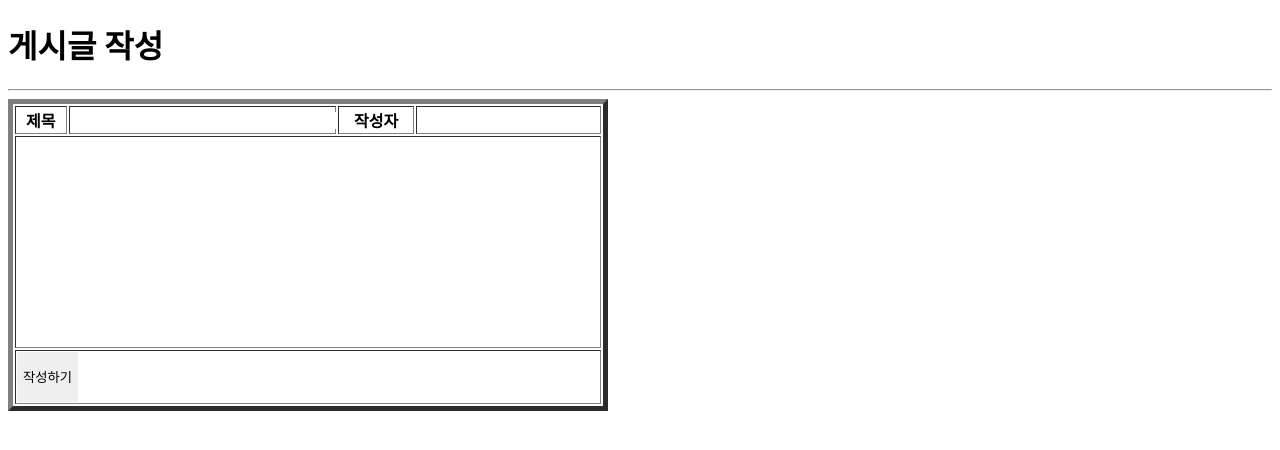
Repository: bbookk1104/spring-workspace
Page: http://localhost/02_SpringMVC_CRUD/boardWriteFrm.do
These files come from the project's save history. The page is drawn as it stood at one moment and after the next save; the edit follows.
The browser window is 1280 px wide. The pictures show the whole page.
The page is served by Tomcat 9. Other server files are loaded and not shown.

Above is the page before, as saved 2022-10-04 05:35:33.

### 02_SpringMVC_CRUD/src/main/webapp/WEB-INF/views/board/boardWriteFrm.jsp
<%@ page language="java" contentType="text/html; charset=UTF-8"
    pageEncoding="UTF-8"%>
<!DOCTYPE html>
<html>
<head>
<meta charset="UTF-8">
<title>Insert title here</title>
</head>
<body>
	<h1>게시글 작성</h1>
	<hr>
	<form action="/boardWrite.do" method="post">
		<table style="width:600px" border=5>
			<tr>
				<th style="width:10%">제목</th>
				<td style="width:55%">
					<input type="text" name="boardTitle" style="border:0; width:99%;">
				</td>
				<th style="width:15%">작성자</th>
				<td style="width:20%">
					<input type="text" name="boardWriter" value="${memberId }" style="border:0" readonly>
				</td>
			</tr>
			<tr>
				<td colspan="4">
					<textarea name="boardContent" style="border:0; resize:none; height:200px"></textarea>
				</td>
			</tr>
			<tr>
				<td colspan="4">
					<input type="submit" value="작성하기" style="border:0; height:50px">
				</td>
			</tr>
		</table>
	</form>
</body>
</html>

After the next save:
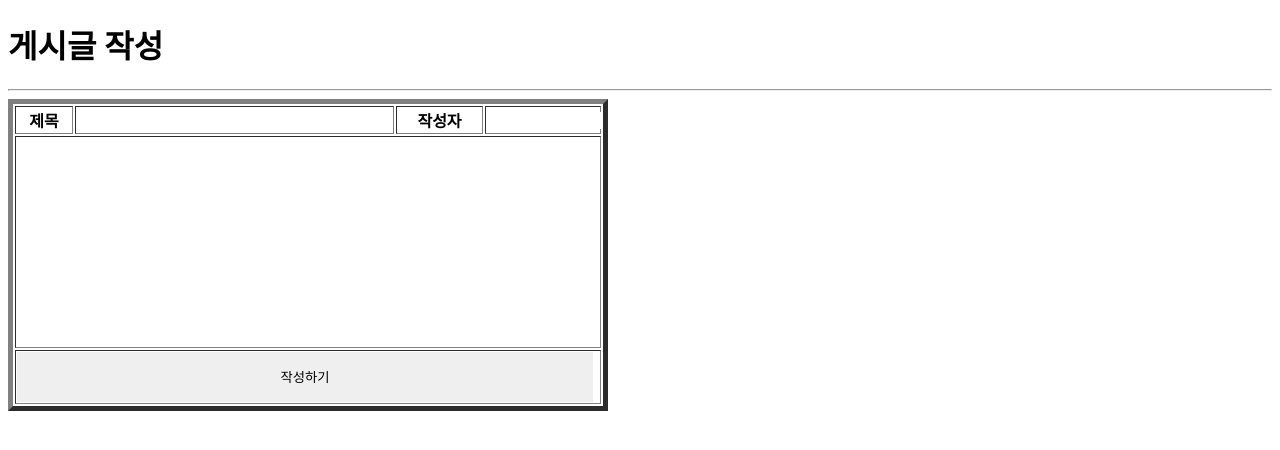
Saved 24 s later.
--- a/02_SpringMVC_CRUD/src/main/webapp/WEB-INF/views/board/boardWriteFrm.jsp
+++ b/02_SpringMVC_CRUD/src/main/webapp/WEB-INF/views/board/boardWriteFrm.jsp
@@ -18,17 +18,17 @@
 				</td>
 				<th style="width:15%">작성자</th>
 				<td style="width:20%">
-					<input type="text" name="boardWriter" value="${memberId }" style="border:0" readonly>
+					<input type="text" name="boardWriter" value="${memberId }" style="border:0; width:99%;" readonly>
 				</td>
 			</tr>
 			<tr>
 				<td colspan="4">
-					<textarea name="boardContent" style="border:0; resize:none; height:200px"></textarea>
+					<textarea name="boardContent" style="border:0; width:99%; resize:none; height:200px"></textarea>
 				</td>
 			</tr>
 			<tr>
 				<td colspan="4">
-					<input type="submit" value="작성하기" style="border:0; height:50px">
+					<input type="submit" value="작성하기" style="border:0; width:99%; height:50px">
 				</td>
 			</tr>
 		</table>
